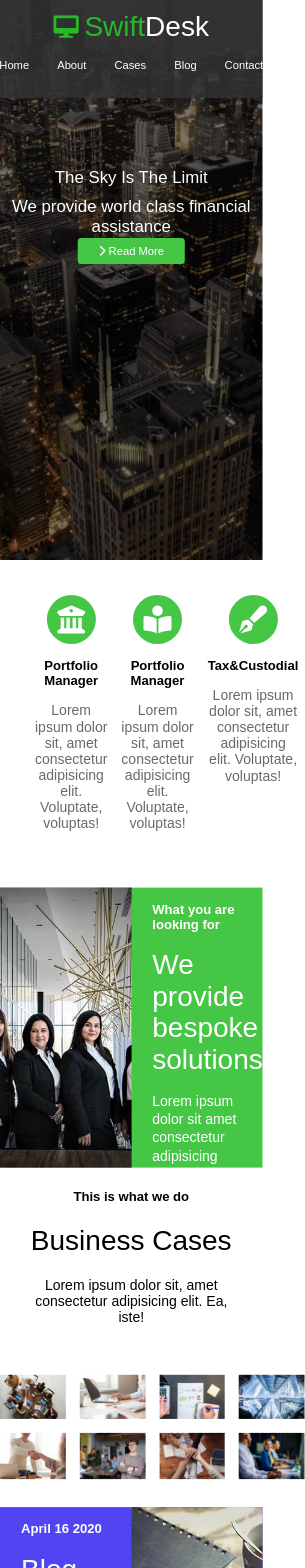
Repository: reemoon-ctrl/swiftdisk-Website-Flexbox
Page: index.html
These files come from the project's save history. The page is drawn as it stood at one moment and after the next save; the edit follows.
The browser window is 375 px wide. The page is 435 px wide, so the pictures cover 435 px, including what lies to the right of the window. The pictures show the part of the page from y = 0 to 2240 px (the page is 3551 px tall), at 70% of full size.
Some web fonts or font styles are not loaded; a fallback is used.

Above is the page before, as saved 2024-07-28 10:03:19.

After the next save:
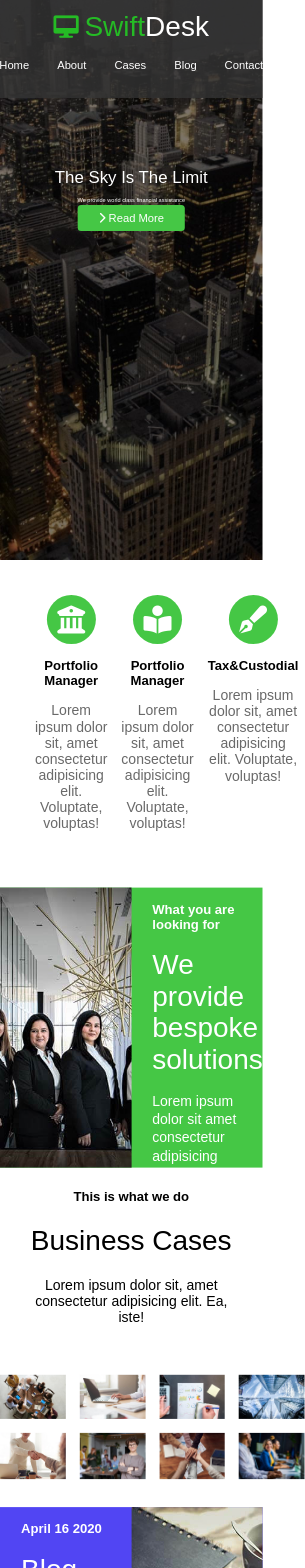
Saved 8 s later.
--- a/media.css
+++ b/media.css
@@ -13,7 +13,7 @@
         font-size: 1.5rem;
     }
     .hd-content p{
-        font-size: 1.5rem;
+        font-size: .5rem;
         padding-top: .8rem;
         padding-bottom: .8rem;
     }
